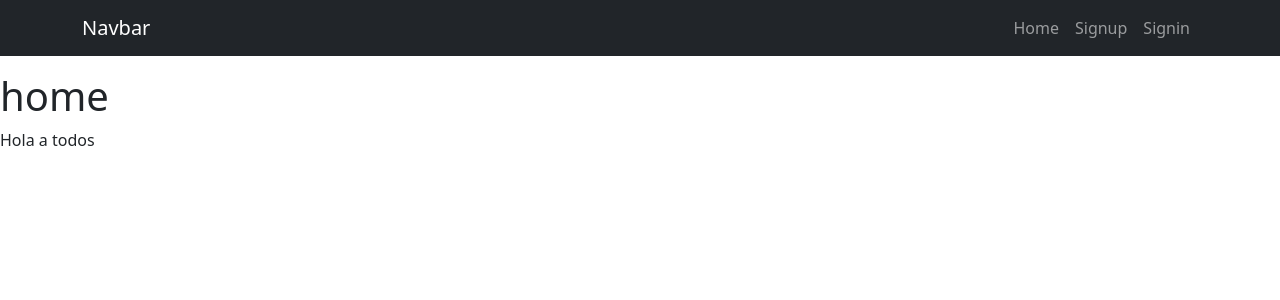
Repository: dbettancourt/django-auth-crud
Page: http://localhost/
The author's editor kept a copy of each file at every save. The page is drawn from the files as they stood at one save, then again after the next save.
The browser window is 1280 px wide. The pictures show the whole page.
The page is served by the project's application, run on Django 4.2 (manage.py).

Above is the page before, as saved 2023-06-06 10:18:57.

After the next save:
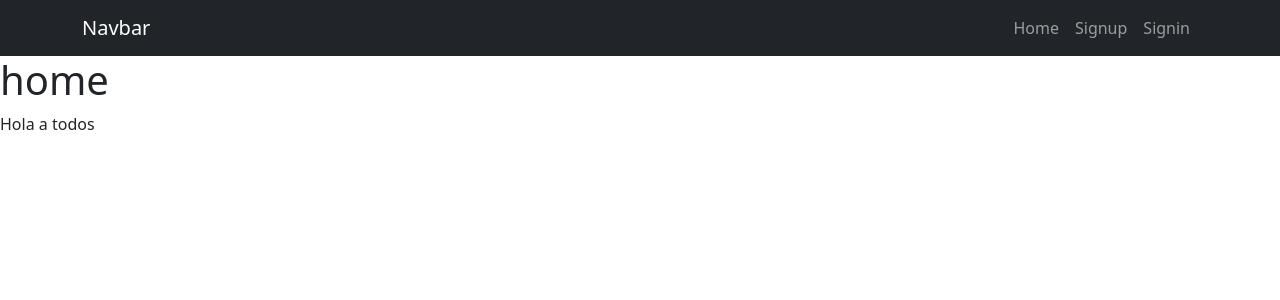
Saved 79 s later.
--- a/tasks/templates/base.html
+++ b/tasks/templates/base.html
@@ -51,6 +51,7 @@
                     <li class="nav-item">
                         <a href="/signin"  class="nav-link">Signin</a>
                     </li>
+                    {% endif %}
                 </ul>
               </div>
             </div>
@@ -58,14 +59,6 @@
 
         <script src="" async defer></script>
 
-        <nav>
-            <ul>
-
-                {% endif %}
-            </ul>
-        </nav>
-
-
         {% block content %}
         {% endblock %}
 
